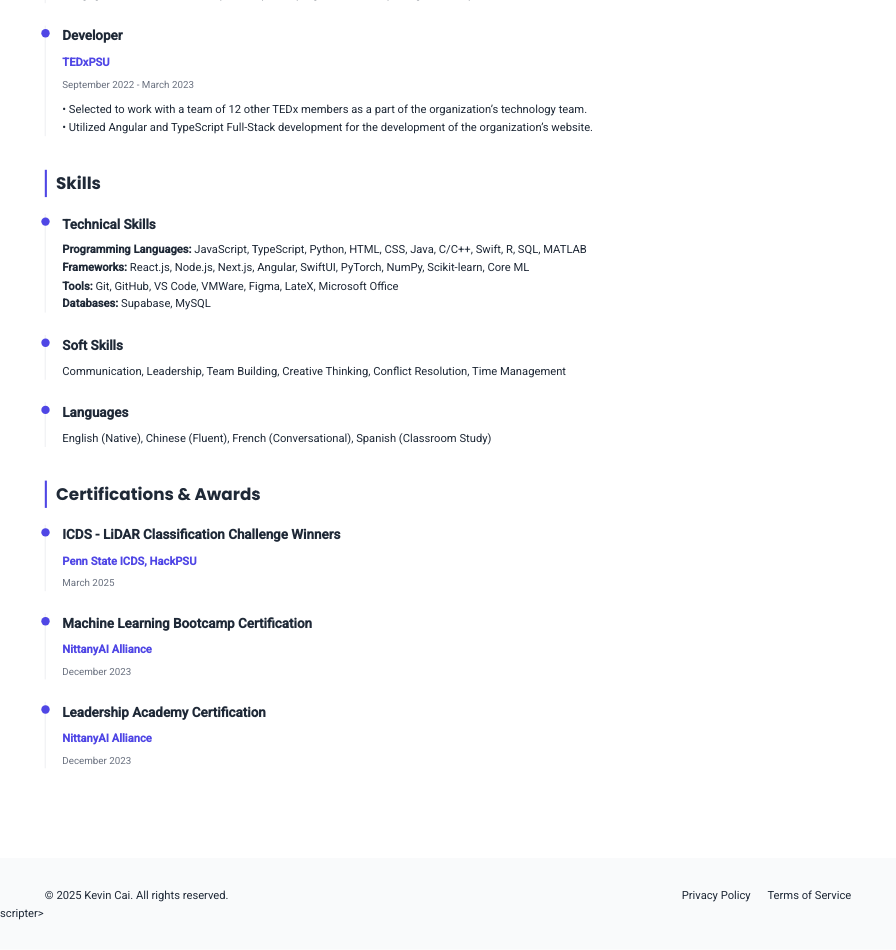
Repository: itskevbo/E-Portfolio
Page: pages/resume.html
The author's editor kept a copy of each file at every save. The page is drawn from the files as they stood at one save, then again after the next save.
The browser window is 1280 px wide. The pictures show the part of the page from y = 1001 to 2921 px (the page is 2358 px tall before and 3057 px after), at 70% of full size.

Above is the page before, as saved 2025-04-28 16:40:57.
Console error: ReferenceError: ScrollReveal is not defined

After the next save:
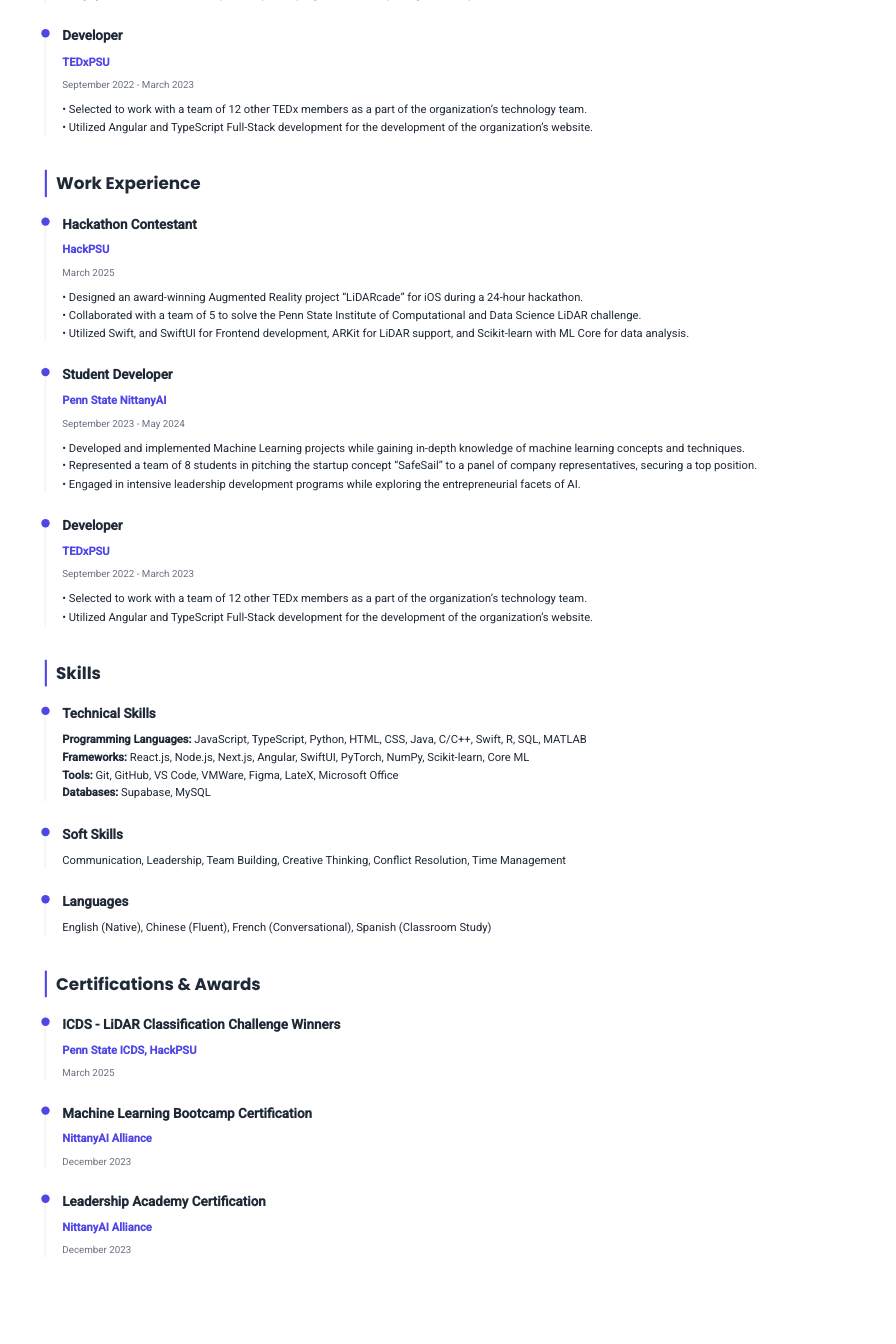
Saved 18 min 44 s later.
--- a/pages/resume.html
+++ b/pages/resume.html
@@ -173,6 +173,43 @@
                     </div>
                 </div>
 
+                <div class="resume-section">
+                    <h3 class="resume-section__title">Work Experience</h3>
+
+                    <div class="resume-item">
+                        <h4 class="resume-item__title">Hackathon Contestant</h4>
+                        <h5 class="resume-item__subtitle">HackPSU</h5>
+                        <p class="resume-item__date">March 2025</p>
+                        <p class="resume-item__description">
+                            • Designed an award-winning Augmented Reality project “LiDARcade” for iOS during a 24-hour hackathon.<br>
+                            • Collaborated with a team of 5 to solve the Penn State Institute of Computational and Data Science LiDAR
+                            challenge.<br>
+                            • Utilized Swift, and SwiftUI for Frontend development, ARKit for LiDAR support, and Scikit-learn with ML Core for data analysis.
+                        </p>
+                    </div>
+
+                    <div class="resume-item">
+                        <h4 class="resume-item__title">Student Developer</h4>
+                        <h5 class="resume-item__subtitle">Penn State NittanyAI</h5>
+                        <p class="resume-item__date">September 2023 - May 2024</p>
+                        <p class="resume-item__description">
+                            • Developed and implemented Machine Learning projects while gaining in-depth knowledge of machine learning concepts and techniques.<br>
+                            • Represented a team of 8 students in pitching the startup concept “SafeSail” to a panel of company representatives, securing a top position.<br>
+                            • Engaged in intensive leadership development programs while exploring the entrepreneurial facets of AI.
+                        </p>
+                    </div>
+
+                    <div class="resume-item">
+                        <h4 class="resume-item__title">Developer</h4>
+                        <h5 class="resume-item__subtitle">TEDxPSU</h5>
+                        <p class="resume-item__date">September 2022 - March 2023</p>
+                        <p class="resume-item__description">
+                            • Selected to work with a team of 12 other TEDx members as a part of the organization’s technology team.<br>
+                            • Utilized Angular and TypeScript Full-Stack development for the development of the organization’s website.
+                        </p>
+                    </div>
+                </div>
+
                 <!-- Skills Section (Summary) -->
                 <div class="resume-section">
                     <h3 class="resume-section__title">Skills</h3>
